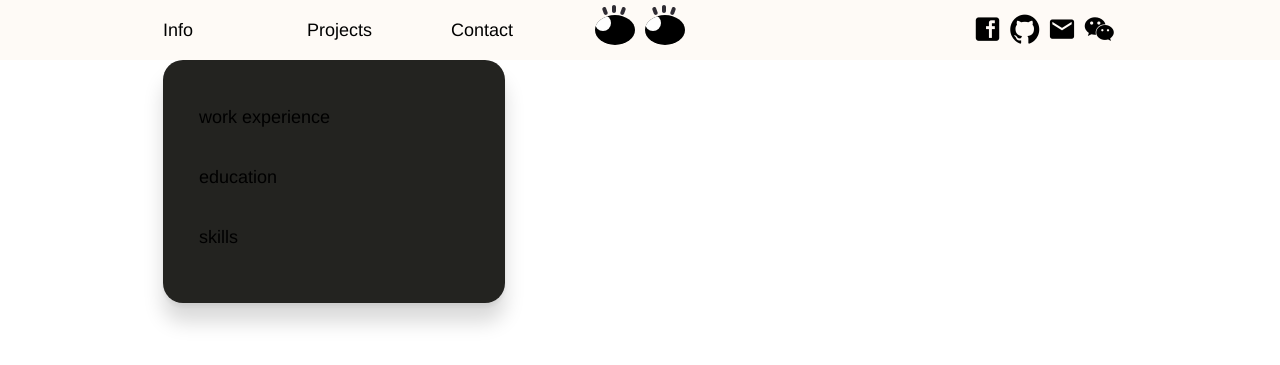
Repository: jinghuai8092/personal_website
Page: /
An editor plug-in stored every save of this project. The page is shown before and after the next save, followed by the edit.
The browser window is 1280 px wide. The pictures show the whole page.
The project was rebuilt for these pictures with package versions that can differ from the ones it lists, and the page was loaded fresh each time.

Above is the page before, as saved 2021-09-09 22:34:52.

### src/index.js
import React from 'react';
import ReactDOM from 'react-dom';
import App from './App';
import reportWebVitals from './reportWebVitals';
import './reset.css';
import './style.module.css';
import './status/iconFont/iconFont.module.css';

ReactDOM.render(
  <React.StrictMode>
    <App />
  </React.StrictMode>,
  document.getElementById('root')
);

// If you want to start measuring performance in your app, pass a function
// to log results (for example: reportWebVitals(console.log))
// or send to an analytics endpoint. Learn more: https://bit.ly/CRA-vitals
reportWebVitals();

### src/App.js
import Header from "./common/header";

function App() {
  return (
    <Header></Header>
  );
}

export default App;

### src/style.module.css
:global(.positionRelative){
    position: relative;
}

### src/status/iconFont/iconFont.module.css
@font-face {
    font-family: 'iconfont';
    src: url('./iconfont.woff2?t=1631239155577') format('woff2'),
         url('./iconfont.woff?t=1631239155577') format('woff'),
         url('./iconfont.ttf?t=1631239155577') format('truetype');
  }
  :global(.iconfont) {
    font-family: "iconfont" !important;
    font-size: 16px;
    font-style: normal;
    -webkit-font-smoothing: antialiased;
    -moz-osx-font-smoothing: grayscale;
  }

### src/common/header/index.js
import React, { PureComponent } from 'react';
import styles from './header.module.css'
import classNames from 'classnames';


class Header extends PureComponent {
    render() {
        return (
            <div className={styles.header}>
                <nav className={styles.nav}>
                    <ul className={styles.ul}>
                        <li className={styles.li}>Info
                            <div className={styles.infoMenu}>
                                <ul>
                                    <li>work experience</li>
                                    <li>education</li>
                                    <li>skills</li>
                                </ul>
                            </div>
                        </li>
                        <li className={styles.li}>Projects</li>
                        <li className={styles.li}>Contact</li>
                        <li className='positionRelative'>
                            <div className={classNames(styles.eyes, styles.eyesLeft)} >
                                <span className={styles.circle}></span>
                            </div>
                            <span className={classNames(styles.lash, styles.lashLeft)}></span>
                        </li>
                        <li className='positionRelative'>
                            <div className={classNames(styles.eyes, styles.eyesRight)} >
                                <span className={styles.circle}></span>
                            </div>
                            <span className={classNames(styles.lash, styles.lashRight)}></span>
                        </li>
                        <li className={styles.li}></li>
                        <li className={styles.li}></li>
                        <li className={styles.li}>
                            <span className={classNames('iconfont', styles.iconfont)}>&#xe68c; </span>
                            <span className={classNames('iconfont', styles.iconfont)}>&#xea0b; </span>
                            <span className={classNames('iconfont', styles.iconfont)}>&#xe634; </span>
                            <span className={classNames('iconfont', styles.iconfont)}>&#xe6ca; </span>
                        </li>

                    </ul>


                </nav >
            </div>
        )
    }
}

export default Header;

### src/common/header/header.module.css
.header{
    position: fixed;
    width: 100%;
    z-index:999;
    background-color: #fefaf6;
}
.nav{
    max-width: 1600px;
    width: 100%;
    margin:0 auto;
    position: relative;
    display: block;
}
.ul{
    margin: 0 auto;
    list-style-type: none;
    display: flex;
    padding: 0;
    max-width: 90%;
    box-sizing: border-box;
    align-items: center;
    justify-content: center;
    margin:0 auto;
    font-family: Biotif-Regular,Helvetica Neue,Helvetica,Arial,sans-serif;
    font-size: 18px;
}
.li{
    display: list-item;
    height: 60px;
    line-height: 60px;
    width: 12.5%;
}

.eyes{
    background: black;
    width: 40px;
    height: 30px;
    border-radius: 50%;
    overflow: hidden;
    position: relative;
}
.eyesLeft{
    margin-right: 5px;
}
.eyesRight{
    margin-left: 5px;

}
.circle{
    background-color: white;
    width: 16px;
    height: 16px;
    border-radius: 50%;
    position:relative;
    transform: rotate(0deg);
    display: flex;
    transform-origin: 25px 15px;
}
.lash{
    background-image: url(../../status/images/header/lash.svg);
    position:absolute;
    width: 24px;
    height: 10px;
    top: -10px;
    left:7px;
}
.lashRight{
    margin-left:5px;
}
.lashLeft{
    margin-right: 5px;
}
.iconfont{
    font-size: 29px!important;
    margin-right: 1px;
}
.infoMenu{
    pointer-events: none;
    opacity: 1;
    position: relative;
    z-index: 10000;
    border-radius: 20px;
}
.infoMenu > ul{
    list-style-type: none;
    margin: 0;
    padding: 1.5em 2em 2em;
    background: #232320;
    box-shadow: 0 4px 4px rgb(0 0 0 / 6%), 0 19px 20px rgb(0 0 0 / 15%);
    border-radius: 20px;
    min-width: 15em;}

Loaded but not shown: public/index.html (common file); src/reportWebVitals.js (common file); src/reset.css (common file)

After the next save:
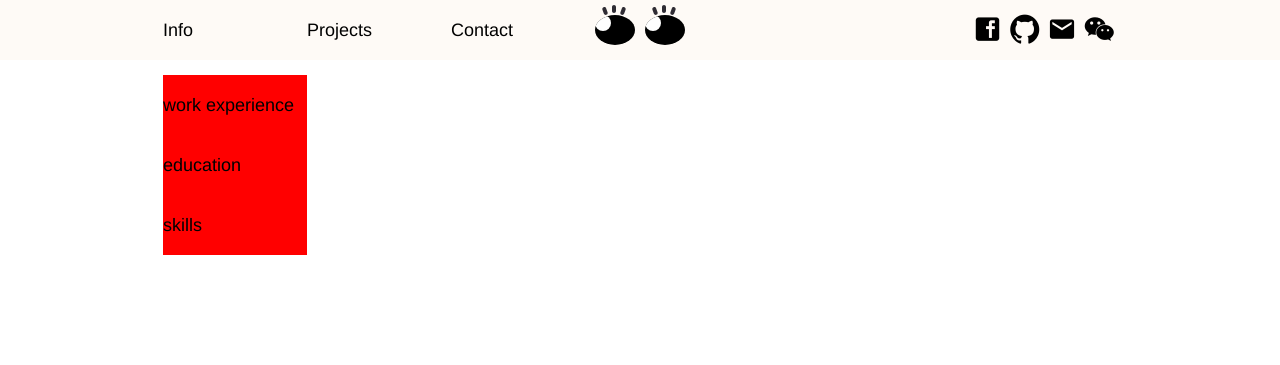
Saved 50 s later.
--- a/src/common/header/header.module.css
+++ b/src/common/header/header.module.css
@@ -77,15 +77,12 @@
 .infoMenu{
     pointer-events: none;
     opacity: 1;
+    transition: all .2s cubic-bezier(.175,.885,.32,1.275);
+    transform: translate3d(0,15px,0);
     position: relative;
     z-index: 10000;
-    border-radius: 20px;
+    background-color: red;
 }
-.infoMenu > ul{
-    list-style-type: none;
-    margin: 0;
-    padding: 1.5em 2em 2em;
-    background: #232320;
-    box-shadow: 0 4px 4px rgb(0 0 0 / 6%), 0 19px 20px rgb(0 0 0 / 15%);
-    border-radius: 20px;
-    min-width: 15em;}
+.infoMenu>ul{
+
+}
